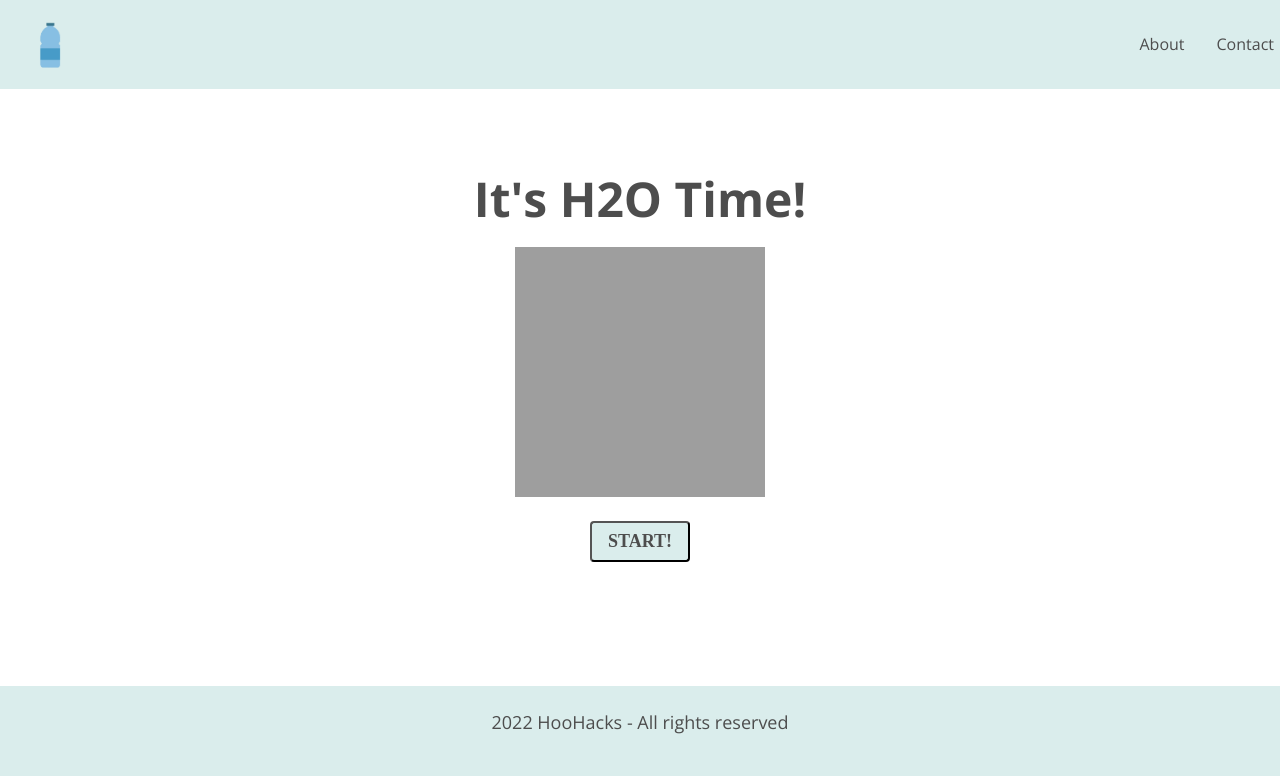
Repository: jennyjjung/H2ODaily
Page: index.html
An editor plug-in stored every save of this project. The page is shown before and after the next save, followed by the edit.
The browser window is 1280 px wide. The pictures show the whole page.
Pictures or frames that could not be fetched are drawn as grey boxes. Some web fonts or font styles are not loaded; a fallback is used.

Above is the page before, as saved 2022-03-26 18:55:14.

### index.html
<!DOCTYPE html>
<html lang="en">
<head>
  <meta charset="UTF-8">
  <meta http-equiv="X-UA-Compatible" content="IE=edge">
  <meta name="viewport" content="width=device-width, initial-scale=1.0">
  <title>H2O Daily</title>
  <link href='https://fonts.googleapis.com/css?family=Unica One' rel='stylesheet'>
  <link href="https://fonts.googleapis.com/css2?family=Open+Sans:wght@400;600;700&display=swap" rel="stylesheet">
  <link rel="stylesheet" href="style.css" />
  <script src="main.js" defer></script>
</head>
<body>

  <nav id="navbar">
    <div class="navbar__logo">
      <a href="index.html"><img src="images/bottle.png" class="navbar__bottle"></a>
    </div>
    <div class="navbar__menu">
      <li class="navbar__menu__item"><a href="about.html">About</a></li>
      <li class="navbar__menu__item"><a href="contact.html">Contact</a></li>
    </div>
  </nav>

  <section id="home">
    <div class= "home__container">
      <h1 class="home__title">It's H2O Time! </h1>
      <img src="images/krusty_krab.png" alt="H2O Daily Logo" class="home__logo">
      <button class="btn__home">START!</button>
    </div>
  </section>

  <section id="bottom">
    <div class= "bottom__container">
      <p class="bottom__rights">2022 HooHacks - All rights reserved</p>
    </div>
  </section>

</body>
</html>

### style.css
/* Global */
:root {
  /* Color */
  --color-white: #ffffff;
  --color-dark-grey: #4d4d4d;
  --color-blue: #daedec;
  --color-dark-blue: #b9d8d6;
  --color-yellow: rgb(241, 247, 208);

  /* Font weight */
  --weight-bold: 700;
  --weight-semi-bold: 600;
  --weight-regular: 400;

  /* Font Size */
  --font-large: 48px;
  --font-medium: 28px;
  --font-regular: 18px;
  --font-small: 16px;
  --font-micro: 14px;

  /* Size */
  --size-border-radius: 4px;
}

body {
  margin: 0;
  font-family: "Open Sans";
  cursor: default;
  text-align: center;
}

h1 {
  font-size: var(--font-large);
  font-weight: var(--weight-bold);
  color: var(--color-dark-grey);
  margin: 16px 0px;
}

p {
  font-size: var(--font-regular);
  font-weight: var(--weight-regular);
  color: var(--color-dark-grey);
  margin: 4px 0;
}

li {
  list-style: none;
}

a {
  text-decoration: none;
  color: var(--color-dark-grey);
}

/* Navbar */
#navbar {
  position: fixed;
  display: flex;
  justify-content: space-between;
  width: 100%;
  background-color: var(--color-blue);
  padding: 10px;
  align-items: center;
}

.navbar__menu {
  display: flex;
  margin-left: 25px;
}

.navbar__logo {
  font-size: var(--font-medium);
  font-weight: var(--weight-semi-bold);
  justify-content: center;
}

.navbar__bottle {
  width: 50px;
  padding-left: 20px;
  padding-top: 10px;
}

.navbar__menu__item {
  padding: 8px 12px;
  margin: 0 4px;
  cursor: pointer;
  border-radius: var(--size-border-radius);
}

.navbar__menu__item:hover {
  background-color: var(--color-dark-blue);
}

/* Home */
#home,
#contact,
#about {
  padding: 150px 40px 100px 40px;
}

.home__title {
  color: var(--color-dark-grey);
}

.home__container {
  display: flex;
  flex-direction: column;
  align-items: center;
}

.home__logo {
  width: 250px;
  height: 250px;
}

.btn__home {
  color: var(--color-dark-grey);
  background-color: var(--color-blue);
  font-size: var(--font-regular);
  font-weight: var(--weight-bold);
  font-family: "Unica One";
  margin: 24px;
  padding: 8px 16px;
  border-radius: var(--size-border-radius);
}

.btn__home:hover {
  background-color: var(--color-dark-blue);
}

#bottom {
  background-color: var(--color-blue);
  padding: 20px;
  text-align: center;
  height: 50px;
}

Loaded but not shown: main.js (no copy from this time; the picture is the same without it)

After the next save:
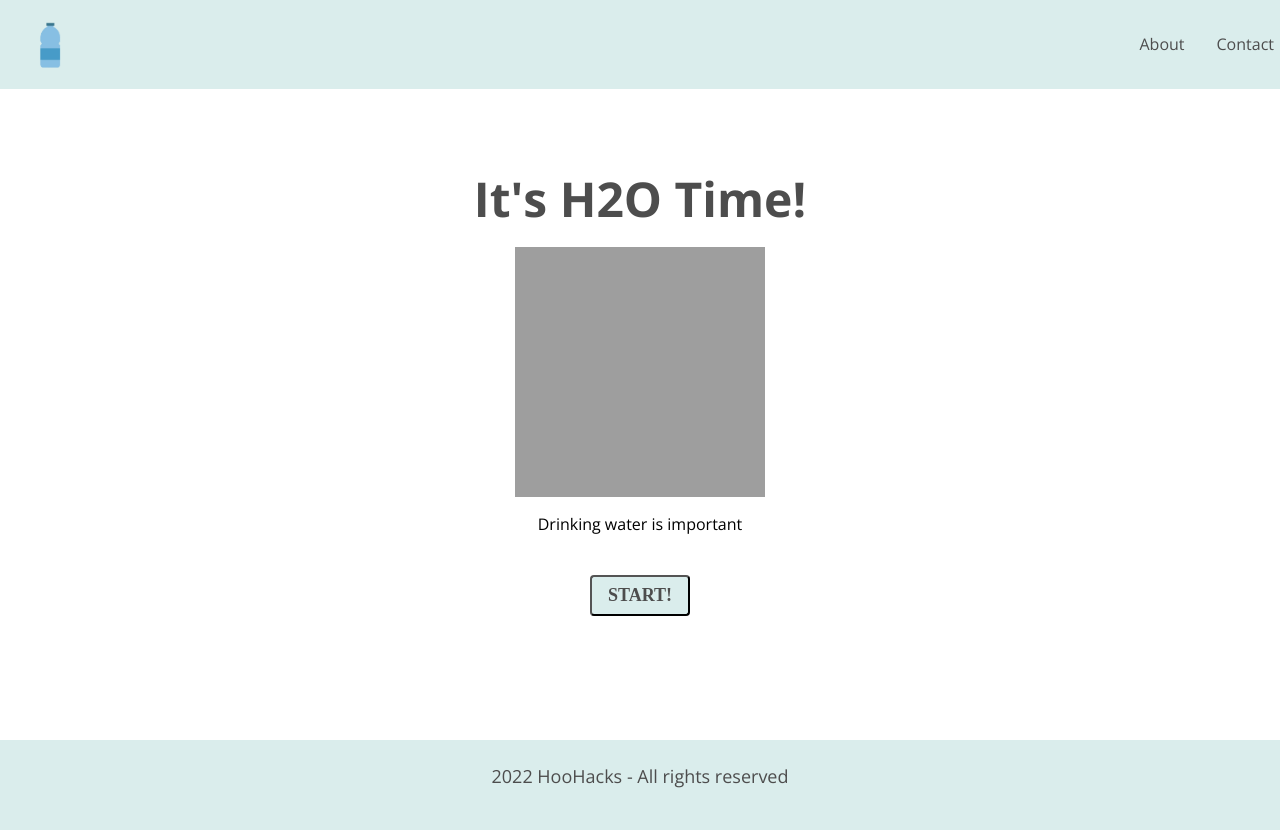
Saved 4 min 45 s later.
--- a/index.html
+++ b/index.html
@@ -26,6 +26,9 @@
     <div class= "home__container">
       <h1 class="home__title">It's H2O Time! </h1>
       <img src="images/krusty_krab.png" alt="H2O Daily Logo" class="home__logo">
+      <blockquote>
+        Drinking water is important
+      </blockquote>
       <button class="btn__home">START!</button>
     </div>
   </section>
